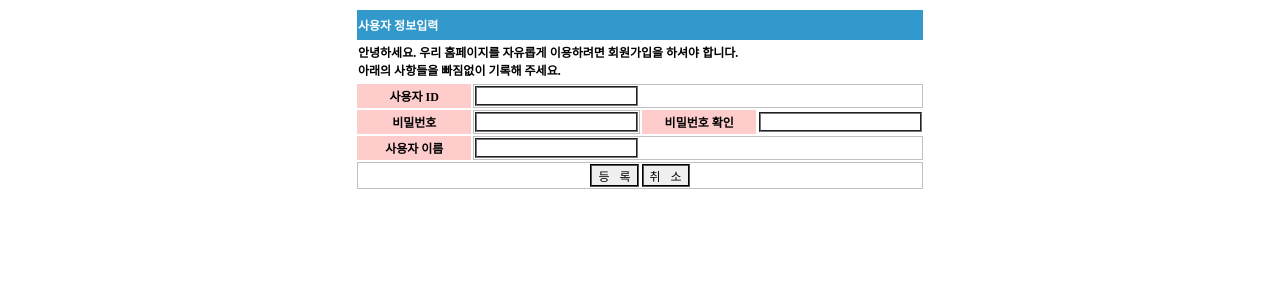
Repository: ham815/WebStart
Page: http://localhost/littlePick/WEB-INF/views/register.jsp
These files come from the project's save history. The page is drawn as it stood at one moment and after the next save; the edit follows.
The browser window is 1280 px wide. The pictures show the whole page.
The page is served by Tomcat 9. Nobody is signed in. Other server files are loaded and not shown. The template is opened directly, without the code that normally fills it, so the values that code supplies are empty.

Above is the page before, as saved 2021-07-26 13:04:21.

### littlePick/littlePick/src/main/webapp/WEB-INF/views/register.jsp
<%@ page language="java" contentType="text/html; charset=UTF-8"
    pageEncoding="UTF-8"%>
<html>
<head>
<title>사용자 등록</title>

<!--
        정적자원들은 resources 폴더에 저장
	 현재 프로젝트명에서 user 경로를 더한 상태이기에 상위경로를 올라갔다가 resources를 찾음.
	 **************경로 헷갈림 ,, 웹 브라우저에서 경로 확인하기 !!!!!! *************
 -->

<link rel="stylesheet" href="../resources/style/stylecss.css" type="text/css">
<script type="text/javascript" src="../resources/js/jquery-1.7.1.js"></script>
<script  src="../resources/js/js_userinput.js"></script>
</head>



<body bgcolor="#FFFFFF">

<table class='table1'>
  <tr bgcolor="#3399CC">
    <td height="30" class="normalbold"><font color="#FFFFFF">사용자 정보입력</font></td>
  </tr>
  <tr>
    <td>안녕하세요. 우리 홈페이지를 자유롭게 이용하려면 회원가입을 하셔야 합니다.<br>
      아래의 사항들을 빠짐없이 기록해 주세요.</td>
  </tr>
</table>

<!--
	action의 경로 ,, user/userInsert.do 지만
	회원가입을 누르고 들어가면 이미 /user/경로가 포함되므로
	action에 경로를 써줄때 상위 경로를 제거하고 userInsert.do만 적어도 된다.
 -->
<form method="post" action="userInsert.do" name="userinput" id="userinput">
  <table class='table2'>
    <tr>
      <td class="normalbold tb_ttl">
        <div align="center">사용자 ID</div>
      </td>
      <td colspan="3" class="normal">
        <input type="text" name="user_email" id="user_email" size="20">
        <span id="idCheckResult" style="width:150px;color:red"></span>
      </td>
    </tr>
    <tr>
      <td class="normalbold tb_ttl">
        <div align="center">비밀번호</div>
      </td>
      <td width="154" class="normal">
        <input type="password" name="user_password" id="user_password">
      </td>
      <td class="normalbold tb_ttl">
        <div align="center">비밀번호 확인</div>
      </td>
      <td width="160">
        <input type="password" name="user_password2" id="user_password2">
      </td>
    </tr>
    <tr>
      <td class="normalbold tb_ttl">
        <div align="center">사용자 이름</div>
      </td>
      <td colspan="3" height="23" class="normal">
        <input type="text" name="user_name" id="user_name">
      </td>
    </tr>
    <tr>
      <td colspan="4" class="normal">
        <div align="center">
        	<!-- submit이 아니기 때문에 jquery나 script로 전송처리 해야 함  -->
          <input type="button" name="confirm" id="confirm" value="등   록">
          <input type="reset" name="reset" value="취   소">
        </div>
      </td>
    </tr>
  </table>
</form>

</body>
</html>

### littlePick/littlePick/src/main/webapp/resources/style/stylecss.css
.normal {
font-family: "굴림", "돋움";
font-size: 12;
font-style: normal;
font-weight:normal;
text-decoration: none;
border:1px solid #c0c0c0; }

.normalbold {  font-family: "굴림", "돋움"; font-size: 12;
font-style: normal; font-weight: bold; text-decoration: none}

td{font-size:12;font-weight:bold; }
a{text-decoration:none}

input {font-size: 9pt; color: #000000; text-decoration: none;
	border-style:groove;
}

table{ width:60%;  margin:auto; } /* 테이블 가운데 정렬  */

.table1 {  width:570px; border:0px; cellspacing:0px; cellpadding:5px; }
.table2 {  width:570px;  cellspacing:0; cellpadding:3px; }

.tb_ttl {  background:#FFCCCC;  width:179px; }

### littlePick/littlePick/src/main/webapp/resources/js/js_userinput.js
$(function(){
	//우편번호 api
	$('#address_btn').click(function(){
		new daum.Postcode({
	        oncomplete: function(data) {

                var roadAddr = data.roadAddress; // 도로명 주소 변수
                var extraRoadAddr = ''; // 참고 항목 변수

                // 법정동명이 있을 경우 추가한다. (법정리는 제외)
                // 법정동의 경우 마지막 문자가 "동/로/가"로 끝난다.
                if(data.bname !== '' && /[동|로|가]$/g.test(data.bname)){
                    extraRoadAddr += data.bname;
                }
                // 건물명이 있고, 공동주택일 경우 추가한다.
                if(data.buildingName !== '' && data.apartment === 'Y'){
                   extraRoadAddr += (extraRoadAddr !== '' ? ', ' + data.buildingName : data.buildingName);
                }
                // 표시할 참고항목이 있을 경우, 괄호까지 추가한 최종 문자열을 만든다.
                if(extraRoadAddr !== ''){
                    extraRoadAddr = ' (' + extraRoadAddr + ')';
                }

                // 우편번호와 주소 정보를 해당 필드에 넣는다.
                document.getElementById('user_postcode').value = data.zonecode;
                document.getElementById("user_address").value = roadAddr;


                // 참고항목 문자열이 있을 경우 해당 필드에 넣는다.
                if(roadAddr !== ''){
                    document.getElementById("user_address3").value = extraRoadAddr;
                } else {
                    document.getElementById("user_address3").value = '';
                }
            }

	    }).open();
	})






	// 사용자의 자료 입력여부를 검사하는 함수
	$('#confirm').click(function(){
    	if( $.trim($("#user_name").val()) == '' ){
            alert("이름을 입력해주세요.");
            $("#user_name").focus();
            return;
        }

    	if( $.trim($("#user_email").val()) == '' ){
            alert("이메일을 입력해주세요.");
            $("#user_email").focus();
            return;
        }

    	if($.trim($('#user_password').val())==''){
    		alert("비밀번호를 입력해주세요.");
    		$('#user_password').focus();
    		return;
    	}

    	if($.trim($('#user_password').val()) != $.trim($('#user_password2').val())){
    		alert("비밀번호가 일치하지 않습니다.");
    		$('#user_password2').focus();
    		return;
    	}

    	if( $.trim($("#user_nickname").val()) == '' ){
            alert("닉네임을 입력해주세요.");
            $("#user_nickname").focus();
            return;
        }

    	if( $.trim($("#user_phone").val()) == '' ){
            alert("휴대폰번호를 입력해주세요.");
            $("#user_phone").focus();
            return;
        }

    	if( $.trim($("#user_address").val()) == '' ){
            alert("주소를 입력해주세요.");
            $("#user_address").focus();
            return;
        }

    	if( $.trim($("#user_birth").val()) == '' ){
            alert("생년월일을 입력해주세요.");
            $("#user_birth").focus();
            return;
        }

    	let gender =  $(':radio[name="user_gender"]:checked').val();

    	if(gender == null ){
            alert("성별을 선택해주세요.");
            return;
        }

        document.userinput.submit(); // 자료를 전송합니다.
	});

	//이메일 중복체크 // keyup 나중에 사용하지 않기 !!! 중복확인버튼 눌러서 한번에 확인
	$('#user_email_btn').click(function(){
        $.ajax({
        	type:'post',
        	url:'emailCheck.do', //요청 부르기, MVC로 하는 거면 jsp나오면 안됨 !!
        	contentType: 'application/x-www-form-urlencoded;charset=UTF-8', //한글처리
        	data:{user_email: $('#user_email').val()},
        	success: function(result){
        		$('#emailCheckResult').text(result)
        		//text()/html()
        	}
        })

	})

	//닉네임 중복체크
	$('#user_nickname_btn').click(function(){
        $.ajax({
        	type:'post',
        	url:'nicknameCheck.do', //요청 부르기, MVC로 하는 거면 jsp나오면 안됨 !!
        	contentType: 'application/x-www-form-urlencoded;charset=UTF-8', //한글처리
        	data:{user_nickname: $('#user_nickname').val()},
        	success: function(result){
        		$('#nicknameCheckResult').text(result)
        		//text()/html()
        	}
        })

	})
})

Loaded but not shown: littlePick/littlePick/src/main/webapp/resources/js/jquery-1.7.1.js (library)

After the next save:
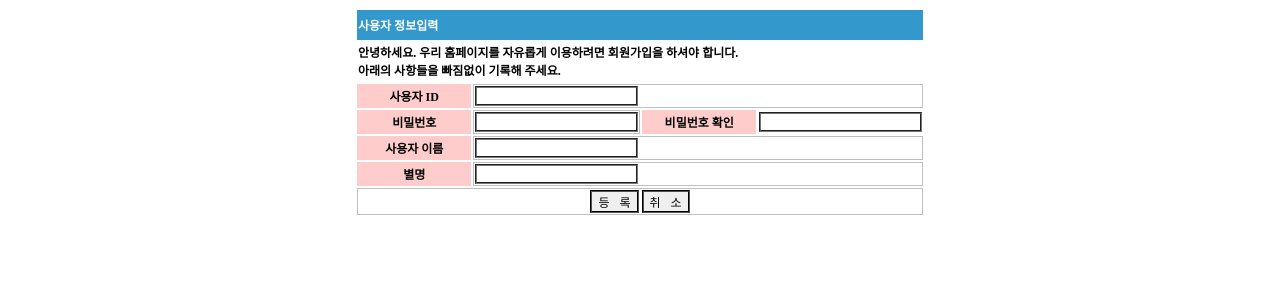
Saved 2 min 3 s later.
--- a/littlePick/littlePick/src/main/webapp/WEB-INF/views/register.jsp
+++ b/littlePick/littlePick/src/main/webapp/WEB-INF/views/register.jsp
@@ -67,6 +67,14 @@
         <input type="text" name="user_name" id="user_name">
       </td>
     </tr>
+       <tr>
+      <td class="normalbold tb_ttl">
+        <div align="center">별명</div>
+      </td>
+      <td colspan="3" height="23" class="normal">
+        <input type="text" name="user_nickname" id="user_nickname">
+      </td>
+    </tr>
     <tr>
       <td colspan="4" class="normal">
         <div align="center">
